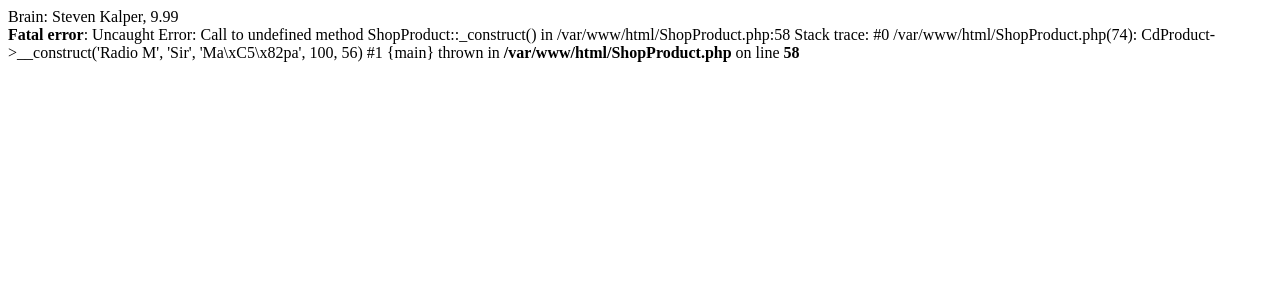
Repository: wojciechDrozd/php
Page: http://localhost/ShopProduct.php
These files come from the project's save history. The page is drawn as it stood at one moment and after the next save; the edit follows.
The browser window is 1280 px wide. The pictures show the whole page.
The page is run by PHP 8.4 with error messages shown; the project is at /var/www/html/.

Above is the page before, as saved 2017-03-04 07:42:41.

### Shop/ShopProduct.php
<?php

class ShopProduct{

	private $title;
	private $producerFirstName;
	private $producerLastName;
	protected $price;
	private $discount = 0;

	public function __construct($title, $producerFirstName, $producerLastName,$price){
		$this->title = $title;
		$this->producerFirstName = $producerFirstName;
		$this->producerLastName = $producerLastName;
		$this->price = $price;

	}

	public function getTitle(){
		return $this->title;
	}

	public function getPrice(){
		return $this->price;
	}

	public function getProducerFirstName(){
		return $this->producerFirstName;
	}

	public function getProducerLastName(){
		return $this->producerLastName;
	}

	public function getDiscount(){
		return $this->discount;
	}

	public function getProducer(){
		return "{$this->getProducerFirstName()} ".
		"{$this->getProducerLastName()}";
	}

	public function getSummaryLine(){
		return "{$this->getTitle()}: ".
		"{$this->getProducer()}, ".
		"{$this->getPrice()}";
	}

}



class CdProduct extends ShopProduct{
	private $playLength = 0;

	public function __construct($title, $firstName, $lastName, $price, $length){
		parent::_construct($title,$firstName,$lastName,$price);
		$this->playLength = $length;
	}

	public function getPlayLength(){
		return $this->playLength;
	}

	public function getSummaryLine(){
		return parent::getSummaryLine().": czas nagrania {$this->playLength}";
	}
}

$shopProduct = new ShopProduct("Brain", "Steven", "Kalper", 9.99);
print $shopProduct->getSummaryLine();

$cdProduct = new CdProduct("Radio M", "Sir", "Małpa", 100, 56);
print $cdProduct->getSummaryLine();


?>

After the next save:
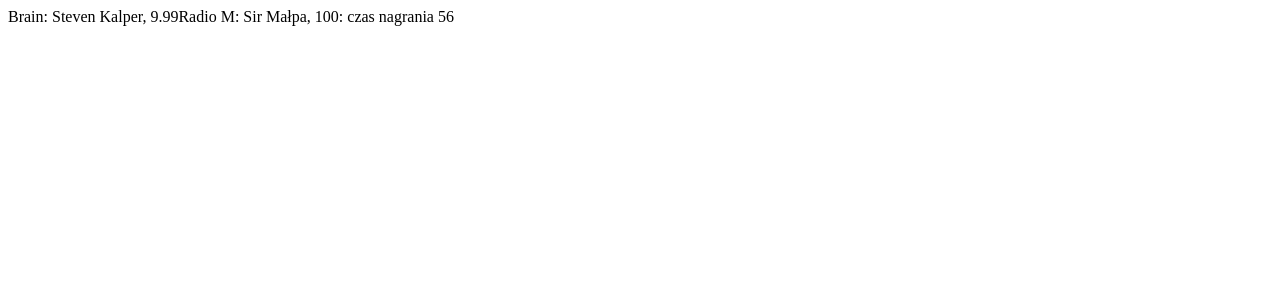
Saved 69 s later.
--- a/Shop/ShopProduct.php
+++ b/Shop/ShopProduct.php
@@ -55,7 +55,7 @@ class CdProduct extends ShopProduct{
 	private $playLength = 0;
 
 	public function __construct($title, $firstName, $lastName, $price, $length){
-		parent::_construct($title,$firstName,$lastName,$price);
+		parent::__construct($title,$firstName,$lastName,$price);
 		$this->playLength = $length;
 	}
 
@@ -64,7 +64,7 @@ class CdProduct extends ShopProduct{
 	}
 
 	public function getSummaryLine(){
-		return parent::getSummaryLine().": czas nagrania {$this->playLength}";
+		return parent::getSummaryLine().": czas nagrania {$this->getPlayLength()}";
 	}
 }
 
